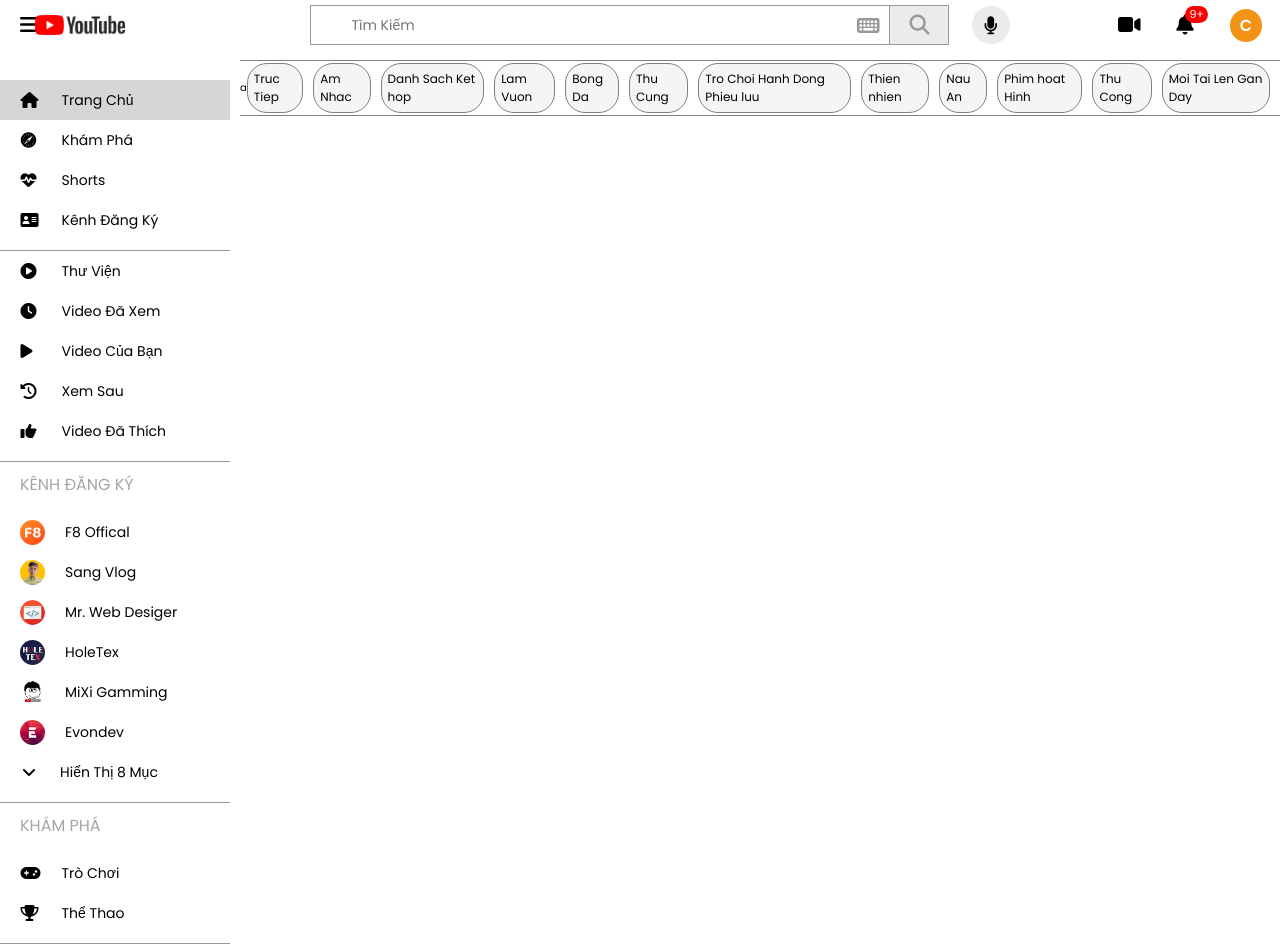
Repository: cuongcay/Clone_YB
Page: index.html
These files come from the project's save history. The page is drawn as it stood at one moment and after a run of saves; the edit follows.
The browser window is 1280 px wide. The pictures show the whole page.
Some web libraries are served in a nearby version.

Above is the page before, as saved 2022-08-04 20:31:40.

### index.html
<!DOCTYPE html>
<html lang="en">
<head>
    <meta charset="UTF-8">
    <meta http-equiv="X-UA-Compatible" content="IE=edge">
    <meta name="viewport" content="width=device-width, initial-scale=1.0">
    <link rel="stylesheet" href="./style.css">
    <link rel="stylesheet" href="https://cdnjs.cloudflare.com/ajax/libs/font-awesome/6.1.2/css/all.min.css">
    <title>Clone_Youtube</title>
</head>
<body>
    <div class="container">
        <div class="header">
            <div class="left-header">
                <i class="fa fa-bars"></i>
                <a href="">
                    <img src="./Image/Logo.png" alt="Logo_Youtube">
                </a>
            </div>
            <div class="center-header">
                <div class="search">

                    <input type="text" placeholder="Tìm Kiếm" class="search-input" onfocus="handleClick()">
                    <i class="fa fa-keyboard keyboard"></i>

                    <div class="search_modal" id="search-modal">
                        <div class="search_modal_item">
                            <i class="fa-solid fa-magnifying-glass"></i>
                            <span>Html code facebook Login Fage</span>
                        </div>
                        <div class="search_modal_item">
                            <i class="fa-solid fa-magnifying-glass"></i>
                            <span>HTML, CSS project</span>
                        </div>
                        <div class="search_modal_item">
                            <i class="fa-solid fa-magnifying-glass"></i>
                            <span>F8 Fullstack</span>
                        </div>
                        <div class="search_modal_item">
                            <i class="fa-solid fa-magnifying-glass"></i>
                            <span>Nodemy</span>
                        </div>
                        <div class="search_modal_item">
                            <i class="fa-solid fa-magnifying-glass"></i>
                            <span>Evondev</span>
                        </div>
                        <div class="search_modal_item">
                            <i class="fa-solid fa-magnifying-glass"></i>
                            <span>Sun PordCard</span>
                        </div>
                        <div class="search_modal_item">
                            <i class="fa-solid fa-magnifying-glass"></i>
                            <span>F8 ReactJS</span>
                        </div>
                        <div class="search_modal_item">
                            <i class="fa-solid fa-magnifying-glass"></i>
                            <span>FreeCodeCamp</span>
                        </div>
                        <div class="search_modal_item">
                            <i class="fa-solid fa-magnifying-glass"></i>
                            <span>github</span>
                        </div>

                    </div>

                </div>
                <div>
                    <i class="fa-solid fa-magnifying-glass icon-search"></i>
                    <i class="fa-solid fa-microphone icon-mic"></i>
                </div>
            </div>
            <div class="right-header">
                <div class="create">
                    <i class="fa-solid fa-video create-icon" id="create-icon"></i>
                    <span class="create-icon-hover">Tao</span>
                    <div class="create-icon-show " id="create-icon-show">
                        <div class="create-show-content">
                            <div class="create-show-content-list">
                                <i class="fa-solid fa-play"></i>
                                <span>Tai Video len</span>
                            </div>
                            <div class="create-show-content-list">
                                <i class="fa-solid fa-tower-broadcast"></i>
                                <span >Phat truc Tiep</span>

                            </div>
                        </div>
                    </div>
                </div>
                <div class="notifi">
                    <i class="fa-solid fa-bell notifi-icon" id="notifi-icon"></i>
                    <span class="notifi-hover">Thong bao</span>
                    <span class="live-stream">9+</span>
                    <div class="notifi-show" id="notifi-show">
                        <div class="notifi-show-header">
                            <span>Thong Bao</span>
                            <div class="notifi-show-header-icon">
                                <i class="fa-solid fa-gear icon-gear"></i>
                                <p>Cai Dat</p>
                            </div>

                        </div>
                        <div class="notifi-show-body">
                            <div class="notift-show-list">
                                <div class="notifi-show-content">
                                    <div class="notifi-show-content-first"></div>
                                    <div class="notifi-show-content-second">
                                        <img src="./Image/mixi.jpeg" alt="">
                                    </div>
                                    <div class="notifi-show-content-third">
                                        <p>
                                            MiXingGamming dang phat truc tiep: <br>
                                            Restream Hom Qua....
                                        </p>
                                        <span>11 gio truoc</span>
                                    </div>
                                    <div class="notifi-show-content-four">
                                        <img src="./Image/Notifi_show/mixi.jpeg" alt="Mixigamming">
                                    </div>
                                </div>
                            </div>

                            <div class="notift-show-list">
                                <div class="notifi-show-content">
                                    <div class="notifi-show-content-first"></div>
                                    <div class="notifi-show-content-second">
                                        <img src="./Image/mixi.jpeg" alt="">
                                    </div>
                                    <div class="notifi-show-content-third">
                                        <p>
                                            MiXingGamming dang phat truc tiep: <br>
                                            Restream Hom Qua....
                                        </p>
                                        <span>11 gio truoc</span>
                                    </div>
                                    <div class="notifi-show-content-four">
                                        <img src="./Image/Notifi_show/mixi.jpeg" alt="Mixigamming">
                                    </div>
                                </div>
                            </div>
                            <div class="notift-show-list">
                                <div class="notifi-show-content">
                                    <div class="notifi-show-content-first"></div>
                                    <div class="notifi-show-content-second">
                                        <img src="./Image/mixi.jpeg" alt="">
                                    </div>
                                    <div class="notifi-show-content-third">
                                        <p>
                                            MiXingGamming dang phat truc tiep: <br>
                                            Restream Hom Qua....
                                        </p>
                                        <span>11 gio truoc</span>
                                    </div>
                                    <div class="notifi-show-content-four">
                                        <img src="./Image/Notifi_show/mixi.jpeg" alt="Mixigamming">
                                    </div>
                                </div>
                            </div>
                            <div class="notift-show-list">
                                <div class="notifi-show-content">
                                    <div class="notifi-show-content-first"></div>
                                    <div class="notifi-show-content-second">
                                        <img src="./Image/mixi.jpeg" alt="">
                                    </div>
                                    <div class="notifi-show-content-third">
                                        <p>
                                            MiXingGamming dang phat truc tiep: <br>
                                            Restream Hom Qua....
                                        </p>
                                        <span>11 gio truoc</span>
                                    </div>
                                    <div class="notifi-show-content-four">
                                        <img src="./Image/Notifi_show/mixi.jpeg" alt="Mixigamming">
                                    </div>
                                </div>
                            </div>
                            <div class="notift-show-list">
                                <div class="notifi-show-content">
                                    <div class="notifi-show-content-first"></div>
                                    <div class="notifi-show-content-second">
                                        <img src="./Image/mixi.jpeg" alt="">
                                    </div>
                                    <div class="notifi-show-content-third">
                                        <p>
                                            MiXingGamming dang phat truc tiep: <br>
                                            Restream Hom Qua....
                                        </p>
                                        <span>11 gio truoc</span>
                                    </div>
                                    <div class="notifi-show-content-four">
                                        <img src="./Image/Notifi_show/mixi.jpeg" alt="Mixigamming">
                                    </div>
                                </div>
                            </div>
                        </div>
                    </div>
                </div>

                <div class="user">
                    <h4>C</h4>
                </div>
            </div>
            <!-- Chao Ho Van Trong -->
        </div>
    </div>
    <div class="container-fulid">
        <div class="nav-bar">
            <ul class="nav-bar-list">
                <li>
                    <a href="#" class="nav-bar-link ">
                        <div class="nav-bar-box active">
                            <i class="fa-solid fa-house icon-nav" ></i>
                            <p class="nav-bar-text">Trang Chủ</p>
                        </div>
                    </a>
                </li>
                <li>
                    <a href="#" class="nav-bar-link">
                        <div class="nav-bar-box">
                            <i class="fa-brands fa-safari icon-nav"></i>
                        <p class="nav-bar-text">Khám Phá</p>
                        </div>
                    </a>
                </li>
                <li>
                    <a href="#" class="nav-bar-link">
                        <div class="nav-bar-box">
                            <i class="fa-solid fa-heart-pulse icon-nav"></i>
                            <p class="nav-bar-text">Shorts</p>
                        </div>
                    </a>
                </li>
                <li>
                    <a href="#" class="nav-bar-link">
                        <div class="nav-bar-box">
                            <i class="fa-solid fa-address-card icon-nav"></i>
                            <p class="nav-bar-text">Kênh Đăng Ký</p>
                        </div>
                    </a>
                </li>
            </ul>
            <div class="row"></div>
            <ul class="nav-bar-list">
                <li>
                    <a href="#" class="nav-bar-link ">
                        <div class="nav-bar-box">
                            <i class="fa-solid fa-circle-play icon-nav"></i>
                            <p class="nav-bar-text">Thư Viện</p>
                        </div>
                    </a>
                </li>
                <li>
                    <a href="#" class="nav-bar-link">
                        <div class="nav-bar-box">
                            <i class="fa-solid fa-clock icon-nav"></i>
                        <p class="nav-bar-text">Video Đã Xem</p>
                        </div>
                    </a>
                </li>
                <li>
                    <a href="#" class="nav-bar-link">
                        <div class="nav-bar-box">
                            <i class="fa-solid fa-play icon-nav"></i>
                            <p class="nav-bar-text">Video Của Bạn</p>
                        </div>
                    </a>
                </li>
                <li>
                    <a href="#" class="nav-bar-link">
                        <div class="nav-bar-box">
                            <i class="fa-solid fa-clock-rotate-left icon-nav"></i>
                            <p class="nav-bar-text">Xem Sau</p>
                        </div>
                    </a>
                </li>
                <li>
                    <a href="#" class="nav-bar-link">
                        <div class="nav-bar-box">
                            <i class="fa-solid fa-thumbs-up icon-nav"></i>
                            <p class="nav-bar-text">Video Đã Thích</p>
                        </div>
                    </a>
                </li>
            </ul>
            <div class="row"></div>
            <ul class="nav-bar-list">
                <li class="Subrice">KÊNH ĐĂNG KÝ</li>
                <li>
                    <a href="#" class="nav-bar-link ">
                        <div class="nav-bar-box">
                            <img src="./Image/channels4_profile.jpeg">
                            <p class="nav-bar-content">F8 Offical</p>
                        </div>
                    </a>
                </li>
                <li>
                    <a href="#" class="nav-bar-link">
                        <div class="nav-bar-box">
                            <img src="./Image/Sangvlog.jpeg" alt="">
                            <p class="nav-bar-content">Sang Vlog</p>
                        </div>
                    </a>
                </li>
                <li>
                    <a href="#" class="nav-bar-link">
                        <div class="nav-bar-box">
                            <img src="./Image/mr_web.jpeg" alt="">
                            <p class="nav-bar-content">Mr. Web Desiger</p>
                        </div>
                    </a>
                </li>
                <li>
                    <a href="#" class="nav-bar-link">
                        <div class="nav-bar-box">
                            <img src="./Image/holetex.jpeg" alt="">
                            <p class="nav-bar-content">HoleTex</p>
                        </div>
                    </a>
                </li>
                <li>
                    <a href="#" class="nav-bar-link">
                        <div class="nav-bar-box">
                            <img src="./Image/mixi.jpeg" alt="">
                            <p class="nav-bar-content">MiXi Gamming</p>
                        </div>
                    </a>
                </li>
                <li>
                    <a href="#" class="nav-bar-link">
                        <div class="nav-bar-box">
                            <img src="./Image/evondev.jpeg" alt="">
                            <p class="nav-bar-content">Evondev</p>
                        </div>
                    </a>
                </li>
                <li>
                    <a href="#" class="nav-bar-link">
                        <div class="nav-bar-box">
                            <i class="fa-solid fa-angle-down"></i>
                            <p class="nav-bar-content">Hiển Thị 8 Mục</p>
                        </div>
                    </a>
                </li>
            </ul>
            <div class="row"></div>
            <ul class="nav-bar-list">
                <li class="Subrice">KHÁM PHÁ</li>
                <li>
                    <a href="#" class="nav-bar-link ">
                        <div class="nav-bar-box">
                            <i class="fa-solid fa-gamepad icon-nav"></i>
                            <p class="nav-bar-text">Trò Chơi</p>
                        </div>
                    </a>
                </li>
                <li>
                    <a href="#" class="nav-bar-link ">
                        <div class="nav-bar-box">
                            <i class="fa-solid fa-trophy icon-nav"></i>
                            <p class="nav-bar-text">Thể Thao</p>
                        </div>
                    </a>
                </li>
            </ul>
            <div class="row"></div>
        </div>
        <div class="main-body">
            <div class="list-outstanding">
                a
                <span>Truc Tiep</span>
                <span>Am Nhac</span>
                <span>Danh Sach Ket hop</span>
                <span>Lam Vuon</span>
                <span>Bong Da</span>
                <span>Thu Cung</span>
                <span>Tro Choi Hanh Dong Phieu luu</span>
                <span>Thien nhien</span>
                <span>Nau An</span>
                <span>Phim hoat Hinh</span>
                <span>Thu Cong</span>
                <span>Moi Tai Len Gan Day</span>
            </div>
        </div>
    </div>



    <script src="./js.js"></script>
</body>
</html>

Loaded but not shown: js.js (14 lines, source omitted); style.css (503 lines, source omitted)

After the next 2 saves:
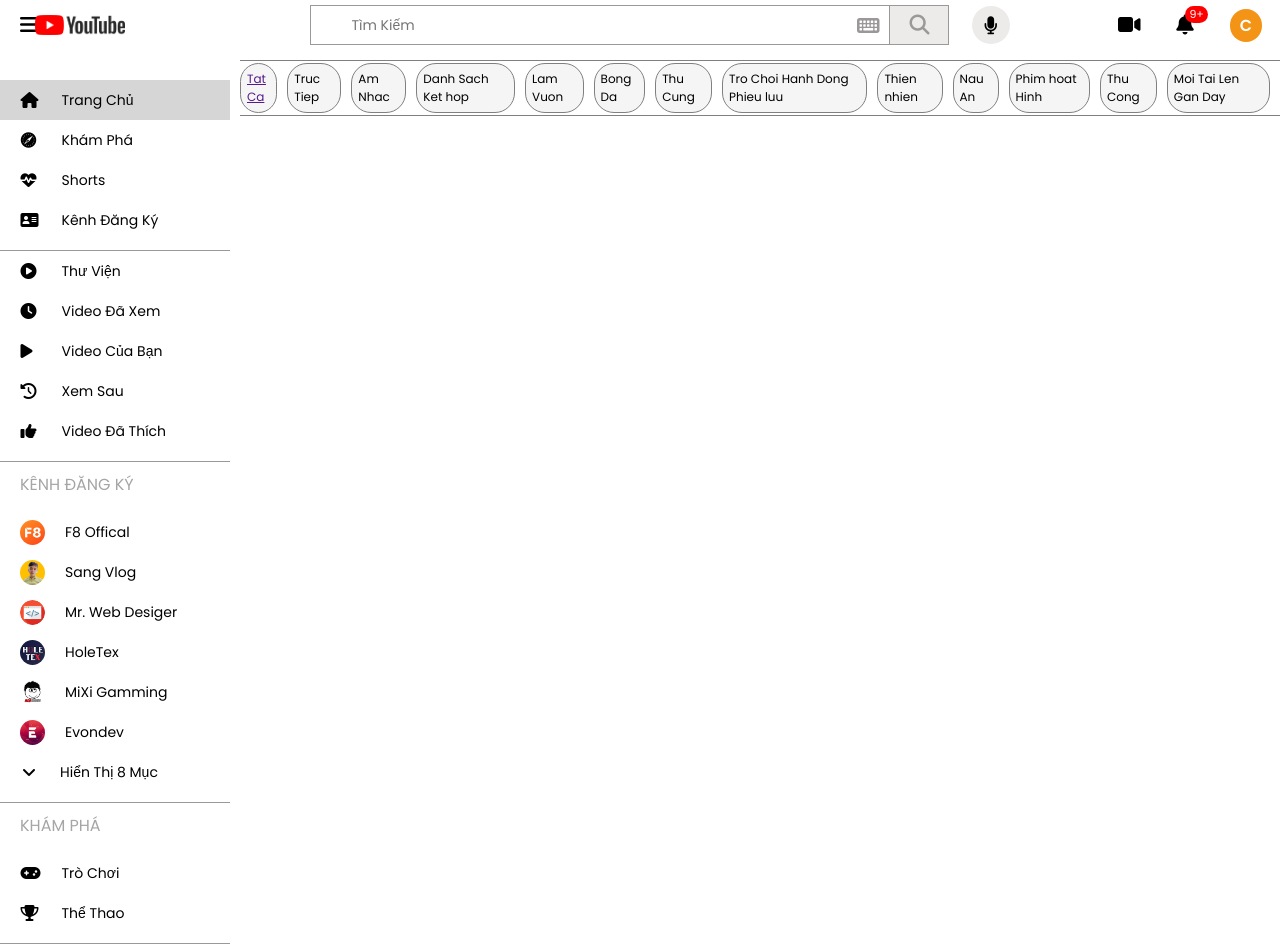
The 2 saves are shown as one change because they came seconds apart.
The last was saved 8 s later.
--- a/index.html
+++ b/index.html
@@ -366,7 +366,7 @@
         </div>
         <div class="main-body">
             <div class="list-outstanding">
-                a
+                <a href=""><span>Tat Ca</span></a>
                 <span>Truc Tiep</span>
                 <span>Am Nhac</span>
                 <span>Danh Sach Ket hop</span>
